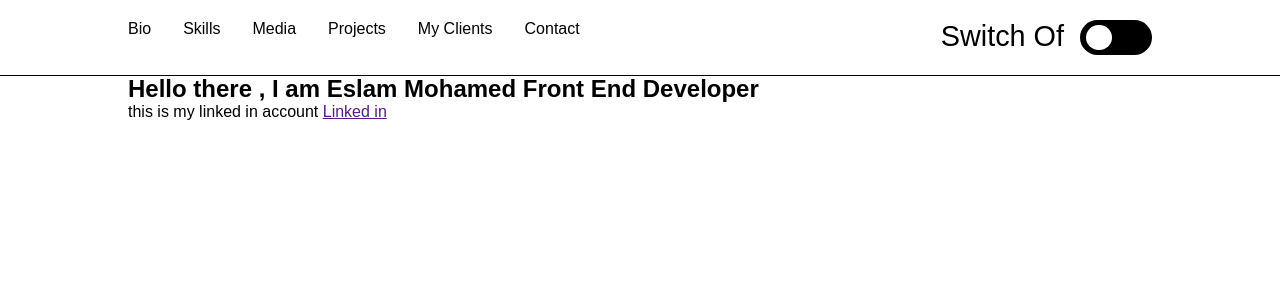
Repository: Eslam0Mohamed/portfolio
Page: index.html
These files come from the project's save history. The page is drawn as it stood at one moment and after a run of saves; the edit follows.
The browser window is 1280 px wide. The pictures show the whole page.

Above is the page before, as saved 2024-07-13 23:26:46.

After the next 4 saves:
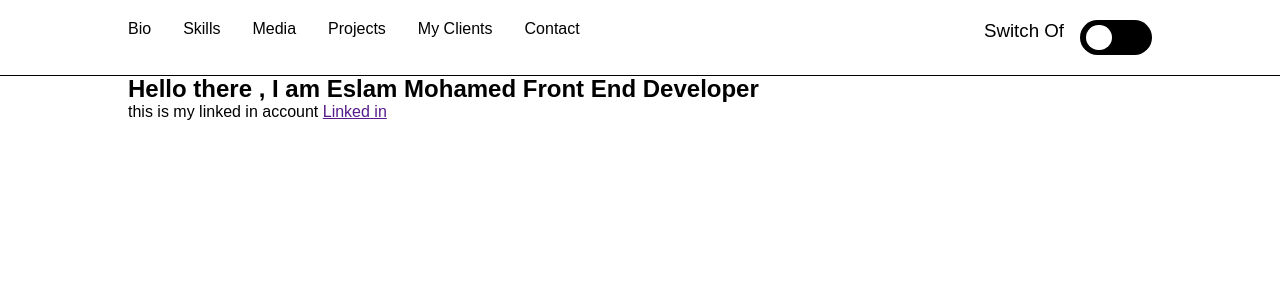
The 4 saves are shown as one change because they came seconds apart.
The last was saved 64 s later.
--- a/css/style.css
+++ b/css/style.css
@@ -115,7 +115,8 @@ body {
 
 .toggle__title {
     font-weight: var(--font-weight-medium);
-    font-size: var(--font-size-18);
+    /* font-size: var(--font-size-18); */
+    font-size: 18حء;
 }
 
 .toggle__checkbox {
